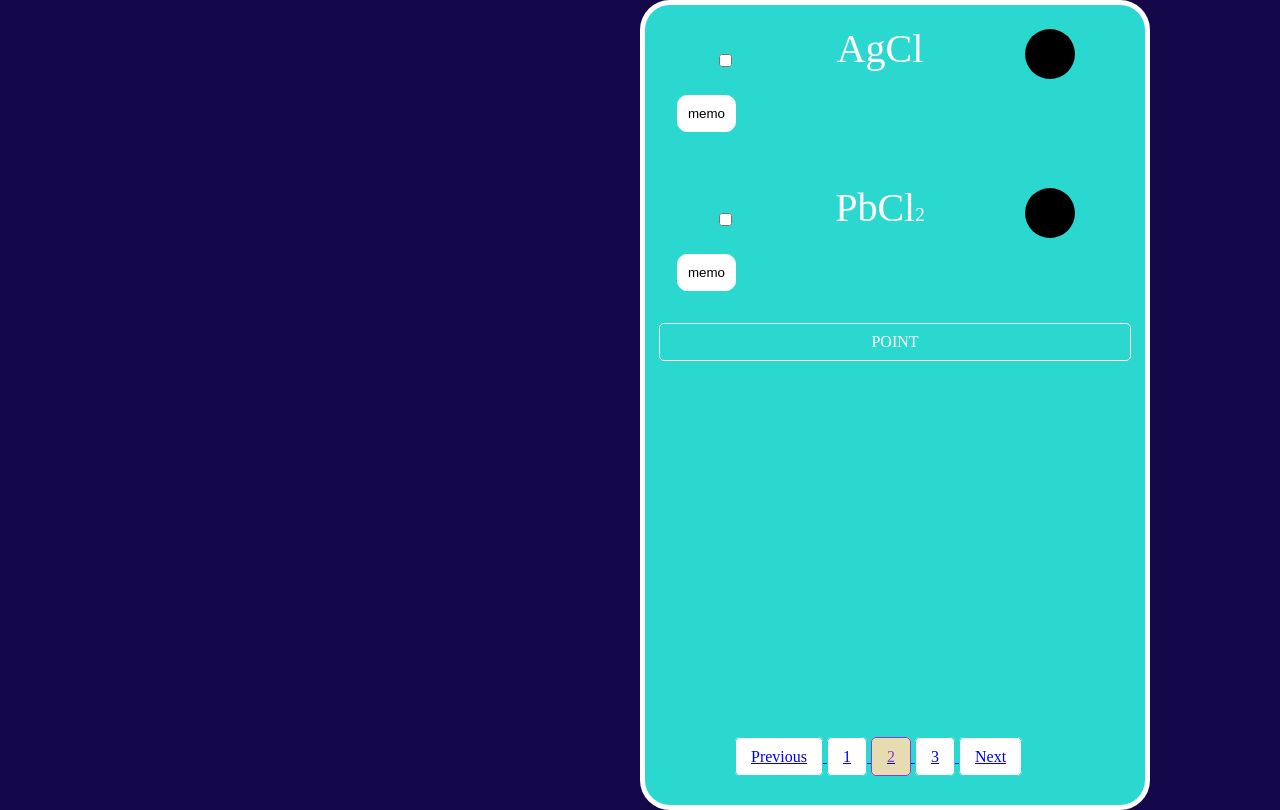
Repository: 1000sky/Inorganic_chemistry_application
Page: http://localhost/index2
These files come from the project's save history. The page is drawn as it stood at one moment and after the next save; the edit follows.
The browser window is 1280 px wide. The pictures show the whole page.
The page is served by the project's Laravel application, run on PHP 8.4 with Laravel 8. Other server files are loaded and not shown.

Above is the page before, as saved 2022-07-16 19:28:04.

### application/routes/web.php
<?php

use Illuminate\Support\Facades\Route;

/*
|--------------------------------------------------------------------------
| Web Routes
|--------------------------------------------------------------------------
|
| Here is where you can register web routes for your application. These
| routes are loaded by the RouteServiceProvider within a group which
| contains the "web" middleware group. Now create something great!
|
*/

Route::get('/home', function () {
    return view('welcome');
});

Route::get('/dashboard', function () {
    return view('dashboard');
})->middleware(['auth'])->name('dashboard');

require __DIR__.'/auth.php';



Route::get('/', function () {
    return view('index');
});

Route::get('/start', function () {
    return view('start');
})->middleware('auth');

Route::get('/explanation', function () {
    return view('explanation');
});

Route::get('/index2', function () {
    return view('index2');
});

Route::get('/index3', function () {
    return view('index3');
});

Route::get('/index4', function () {
    return view('index4');
});

Route::get('/index5', function () {
    return view('index5');
});

Route::get('/index6', function () {
    return view('index6');
});

Route::get('/index7', function () {
    return view('index7');
});

### application/resources/views/index2.blade.php
<!DOCTYPE html>
<html lang="ja">
<head>
    <meta charset="UTF-8">
    <meta name="viewport" content="width=device-width, initial-scale=1.0">
    <meta http-equiv="X-UA-Compatible" content="ie=edge">
    <title>Inorganic_chemistry_application</title>
    <link rel="stylesheet" href="css/reset.css" >
    <link rel="stylesheet" href="css/index.css" />


</head>
<body>
    <div class=card>
        <div class=memorize>
            <input type="checkbox" class=checkbox name="">
            <div class=Chemical-formula>AgCl</div>
            <div class=circle></div>
          </div>
          <form>
            <input type="button" class=button name="" value="memo" onClick="setTF(this.form.text1,'visible')">
            <input type="text" name="text1" style="visibility:hidden"><br>
          </form>
          <br>
          <br>


          <div class=memorize>
            <input type="checkbox" class=checkbox name="">
            <div class=Chemical-formula>PbCl<span>2</span></div>
            <div class=circle></div>
          </div>
          <form>
            <input type="button" class=button name="" value="memo" onClick="setTF(this.form.text1,'visible')">
            <input type="text" name="text1" style="visibility:hidden"><br>
          </form>
          <br>
          <br>


          <div id="point">
            <p id="point-text">POINT</p>
          </div>



         <ul class="page">
           <li><a href="/">Previous</li>
           <li><a href="/">1</li>
           <li class="this">2</li>
           <li><a href="/index3">3</li>
           <li><a href="/index3">Next</li>
         </ul>






    </div>


   <script language="JavaScript">
    function setTF(fObj,vType)
    {
      fObj.style.visibility = vType;
    };

    document.getElementById("point").onclick = function() {
      document.getElementById("point-text").innerHTML = "強酸塩である塩化物は本来,水に溶けやすいです。<br>Pb<span class=ion>2+</span> Ag<span class=ion>+</span> Hg<span class=hg>2</span><span class=ion>2+</span>があると沈殿します。";

    };


    </script>


</body>

### application/public/css/index.css
body {
    background-color: rgb(20, 8, 75);
}

.card {
  position: relative;
  top: 50%;
  left: 50%;
  width: 500px;
  height: 800px;

  background-color: rgb(42, 216, 208);
  border: solid 5px white;
  border-radius: 30px;
}
.checkbox{
    margin-top: 1rem;

}
.memorize{
  padding: 1.5rem 1.2rem 0;
  display: flex;
  justify-content: space-around;
}

.Chemical-formula {
    color: white;
    font-size: 2.5rem;
}

.circle{
  width: 50px;
  height: 50px;
  background: black;
  border-radius: 50%;

}
.circle:hover{
    background-color: white;

}

.button{

    margin: 1rem 0 0 2rem;
    border-radius: 10px;
    border: solid 1px white;
    background-color: white;
    padding: 10px;
}

span {
  font-size: 1.2rem;
}

.point {
   color: white;

  font-size: 2.5rem;
}



.page{

  position: absolute;
  left:18%;
  bottom: 5%;

}

.page li{
  display: inline;
  padding:10px 15px;
  border:solid 1px ;
  border-radius: 5px ;
  color: rgb(42, 216, 208);
  background-color: white;
  text-decoration: none;


}



.page li a:hover {
  background-color: rgb(255, 231, 51);
  text-decoration: none;
}



.page .this {
  background-color:rgb(231, 219, 177);
  color:rgb(140, 59, 206);
  text-decoration: none;
}

#point {

  margin: 0 auto;
  cursor: pointer;
  width: 450px;
  padding: 10px;

  text-align: center;
  border: 1px solid white;
  border-radius: 5px ;
}

#point-text {
  color: white;
}

.ion {
  font-size: 0.5rem;
  vertical-align: top;

}

.hg {
  font-size: 0.5rem;
}

Loaded but not shown: application/routes/auth.php (common file); application/public/css/reset.css (common file)

After the next save:
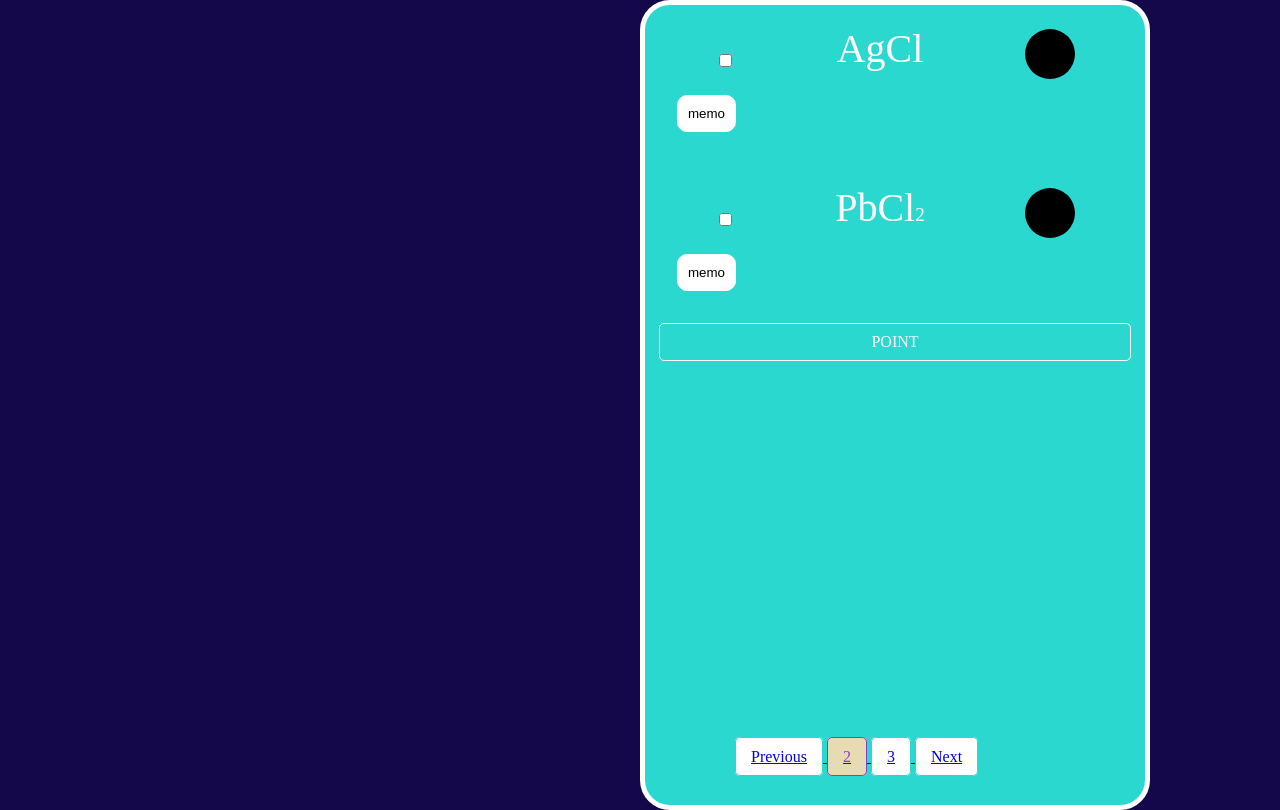
Saved 4 min 14 s later.
--- a/application/resources/views/index2.blade.php
+++ b/application/resources/views/index2.blade.php
@@ -46,7 +46,6 @@
 
          <ul class="page">
            <li><a href="/">Previous</li>
-           <li><a href="/">1</li>
            <li class="this">2</li>
            <li><a href="/index3">3</li>
            <li><a href="/index3">Next</li>
